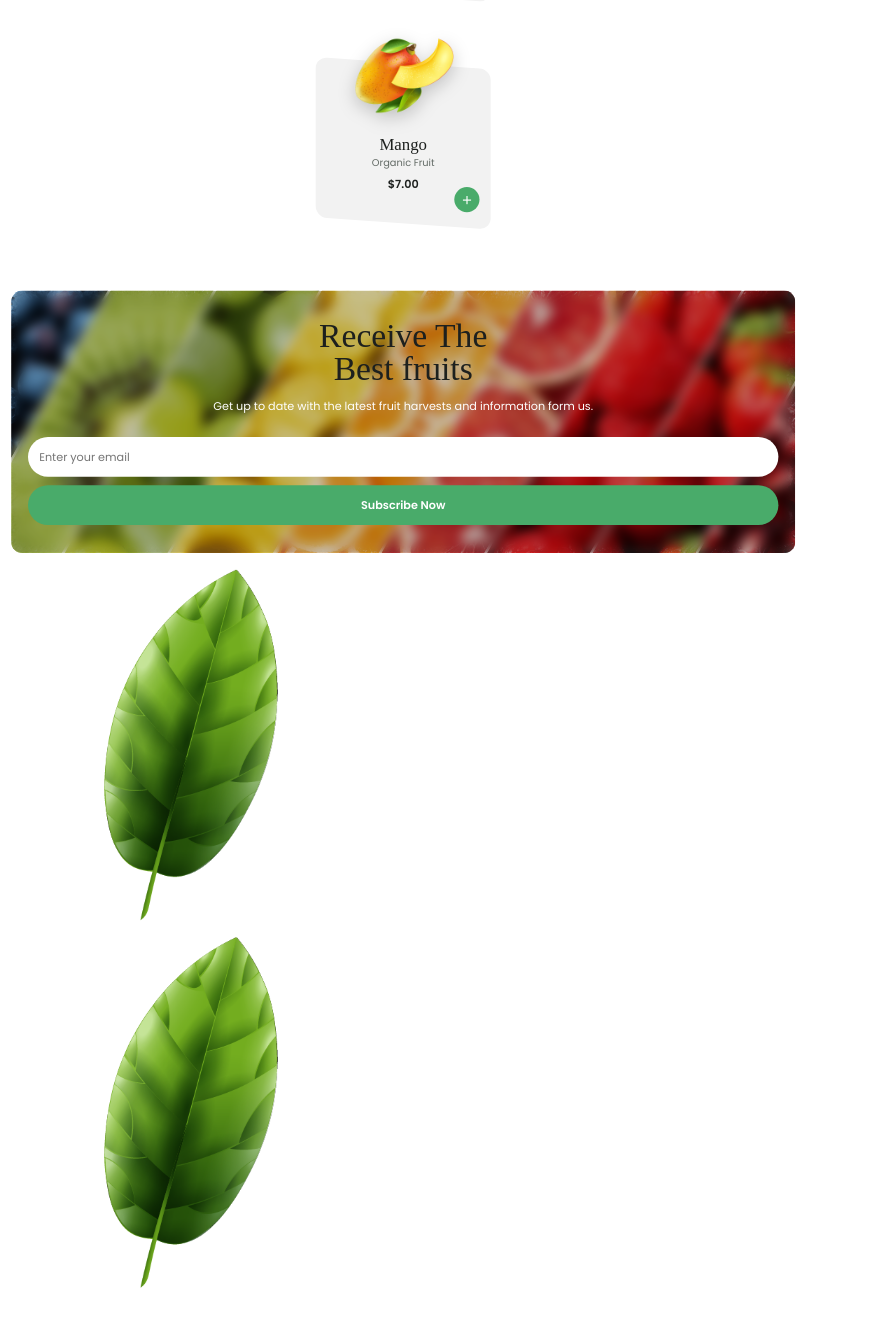
Repository: dinhhaidh/fruit
Page: index.html
The author's editor kept a copy of each file at every save. The page is drawn from the files as they stood at one save, then again after a run of saves.
The browser window is 1280 px wide. The pictures show the part of the page from y = 4173 to 6093 px (the page is 6093 px tall before and 6089 px after), at 70% of full size.
Some web fonts or font styles are not loaded; a fallback is used.

Above is the page before, as saved 2024-02-19 10:12:36.
Console error: ReferenceError: ScrollReveal is not defined

After the next 4 saves:
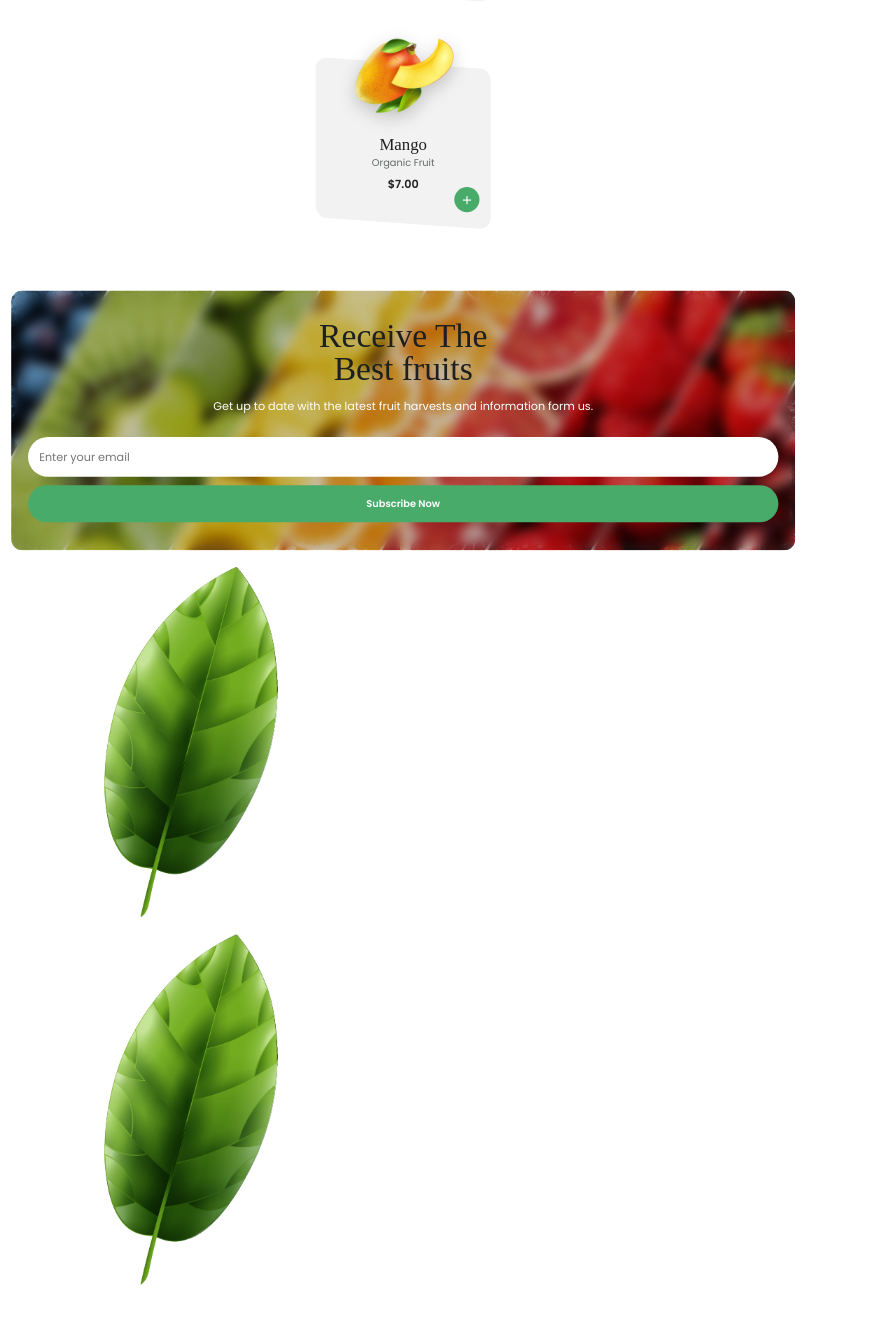
The 4 saves are shown as one change because they came seconds apart.
The last was saved 11 s later.
--- a/css/style.css
+++ b/css/style.css
@@ -506,6 +506,7 @@
 }
 .join__button{
     text-align: center;
+    font-size: var(--small-font-size);
 }
 .join__bg{
     position: absolute;

After the 2 saves that followed:
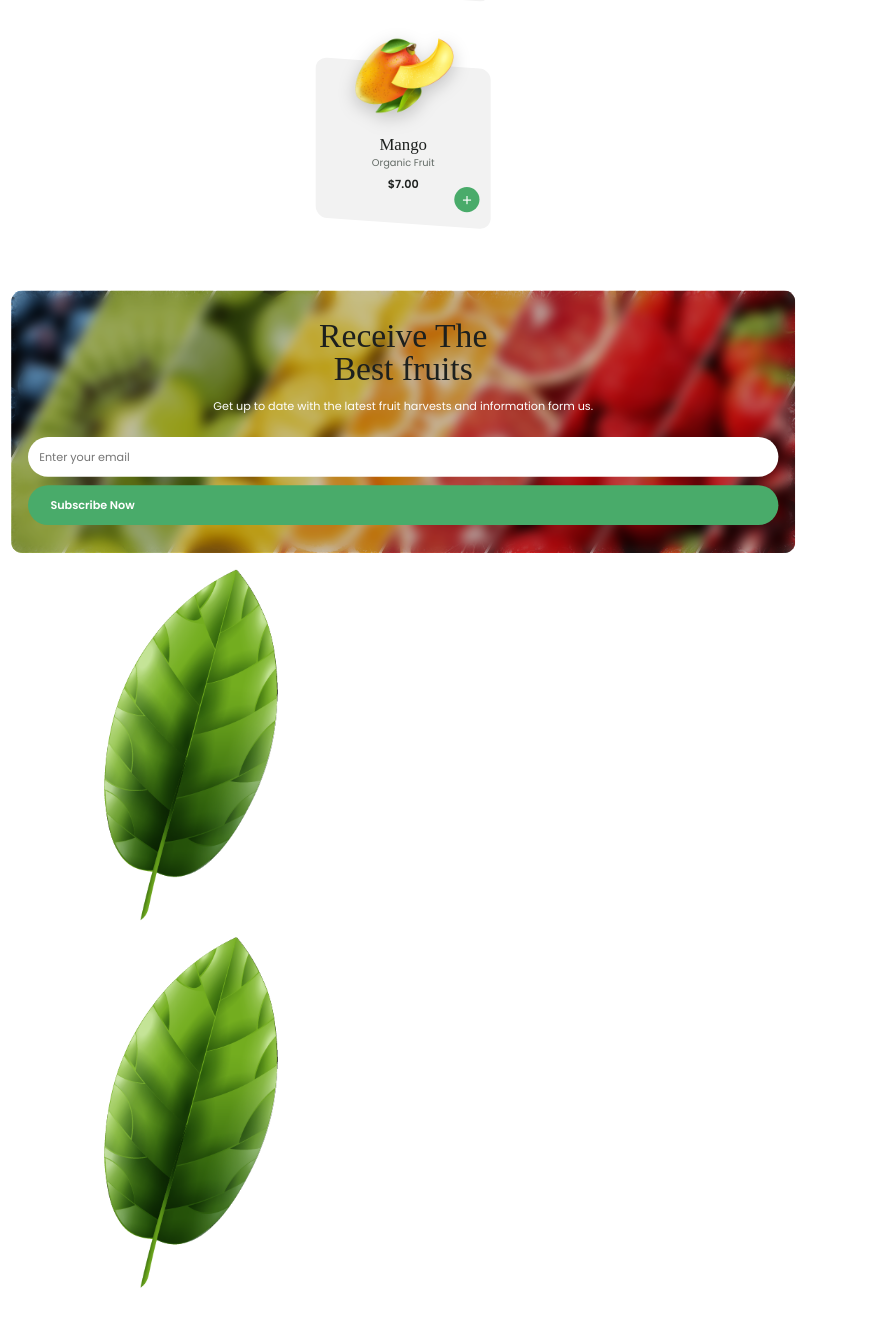
The 2 saves are shown as one change because they came seconds apart.
The last was saved 31 s later.
--- a/css/style.css
+++ b/css/style.css
@@ -505,8 +505,7 @@
     transition: background-color .4s;
 }
 .join__button{
-    text-align: center;
-    font-size: var(--small-font-size);
+    cursor: pointer;
 }
 .join__bg{
     position: absolute;
